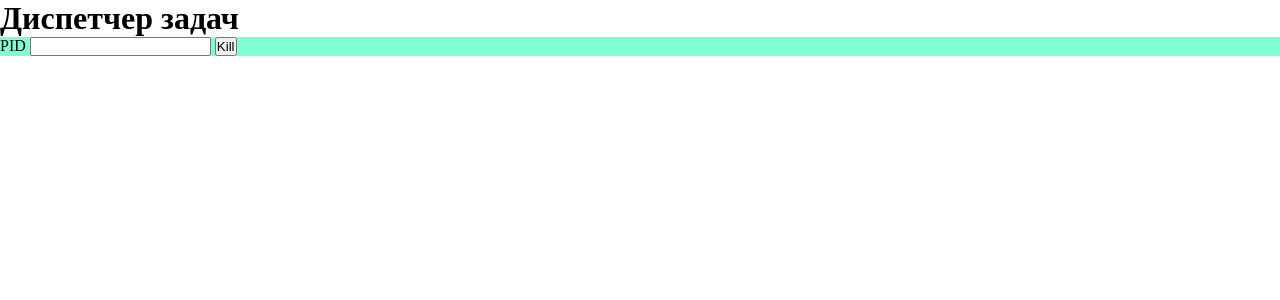
Repository: Predkor/OC
Page: index.html
The author's editor kept a copy of each file at every save. The page is drawn from the files as they stood at one save, then again after the next save.
The browser window is 1280 px wide. The pictures show the whole page.
The page's requests for data from a server got no answer.

Above is the page before, as saved 2024-09-25 16:10:34.

### index.html
<!DOCTYPE html>
<html lang="en">
<head>
    <meta charset="UTF-8">
    <meta name="viewport" content="width=device-width, initial-scale=1.0">
    <title>Document</title>
</head>
<body>
    <h1>Диспетчер задач</h1>
    <div class="process">
        <div class="process-control">
            <form action="/killproc">
                <label>
                    PID <input type="text">
                </label>

                <input type="submit" value="Kill">
            </form>
        </div>

        <div class="process-table">
            <table id="table-all-processes"></table>
        </div>
    </div>

    <style>
        *{
            margin: 0;
            padding: 0;
            box-sizing: border-box;
        }

        body {
            display: flex;
            flex-direction: column;
            justify-content: center;
        }

        .process {
            background-color: aquamarine;
        }

    </style>

    <script>
        async function getProcessesList() {
            const url = "http://localhost:8080/processes";

            try{
                const response = await fetch(url);

                if (!response.ok) {
                    throw new Error(`Response status: ${response.status}`);
                }

                const json = await response.json();
                viewProcessList(json);
            } catch (e) {
                console.log(`Error: ${e}`);
            }
        }

        getProcessesList();
        setInterval(getProcessesList, 50000);

        function viewProcessList(data) {
            let table = document.querySelector('#table-all-processes');

            table.innerHTML = `
            <tr>
                <th>PID</th>
                <th>USER</th>
                <th>PR</th>
                <th>NI</th>
                <th>MEM</th>
                <th>COMMAND</th>
            </tr>`;

            let arrayCategory = ["pid", "user", "pr", "ni", "s", "VmSize", "command"];

            data.forEach(item => {
                if (item.command !== '') {
                    let row = table.insertRow();
                    for (let i = 0; i < arrayCategory.length; i++) {
                        row.insertCell(i).textContent = item[arrayCategory[i]];
                    }
                }
            });
        }

    </script>
</body>
</html>

After the next save:
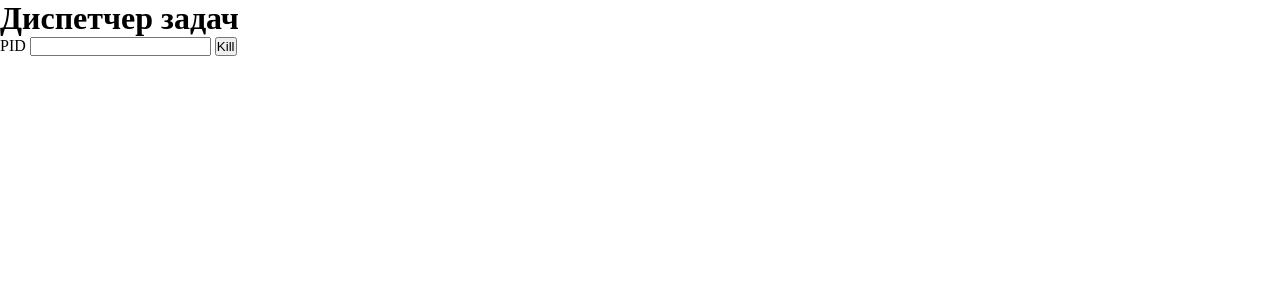
Saved 7 s later.
--- a/index.html
+++ b/index.html
@@ -37,7 +37,6 @@
         }
 
         .process {
-            background-color: aquamarine;
         }
 
     </style>
